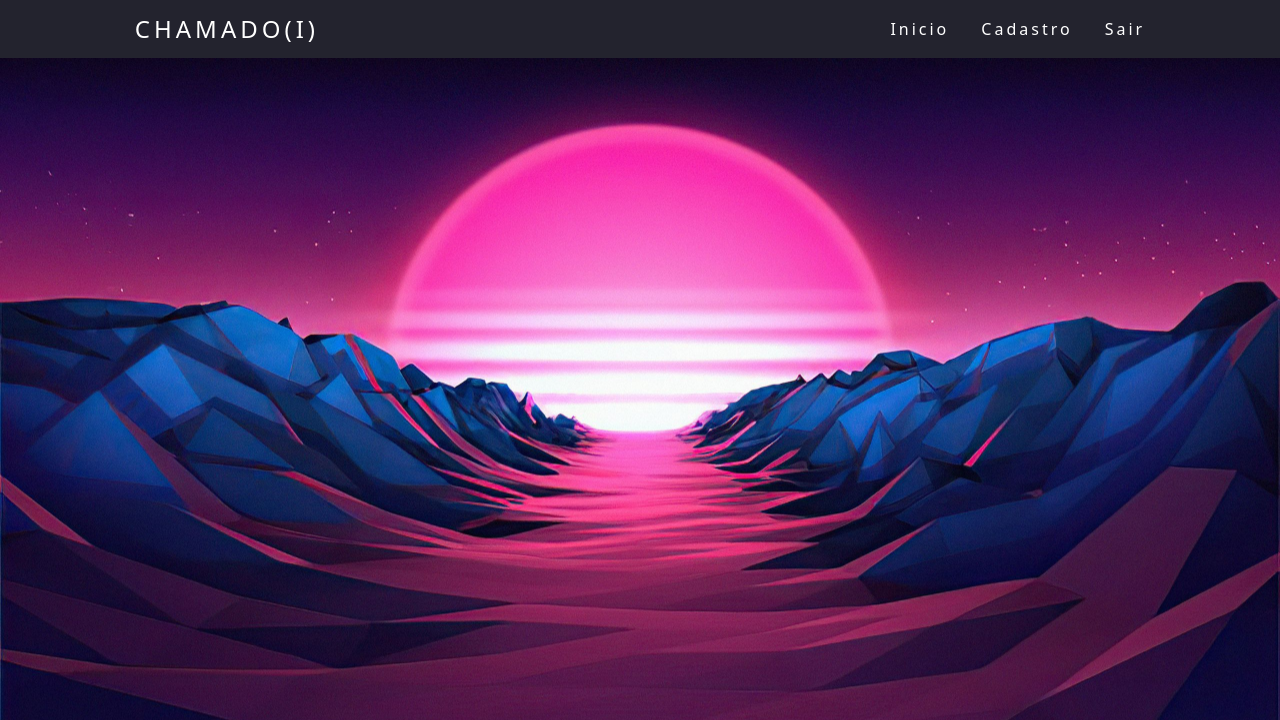
Repository: isaquemc2001/isaque-utilities
Page: index.html
An editor plug-in stored every save of this project. The page is shown before and after the next save, followed by the edit.
The browser window is 1280 px wide. The pictures show the whole page.

Above is the page before, as saved 2021-10-28 09:14:28.

After the next save:
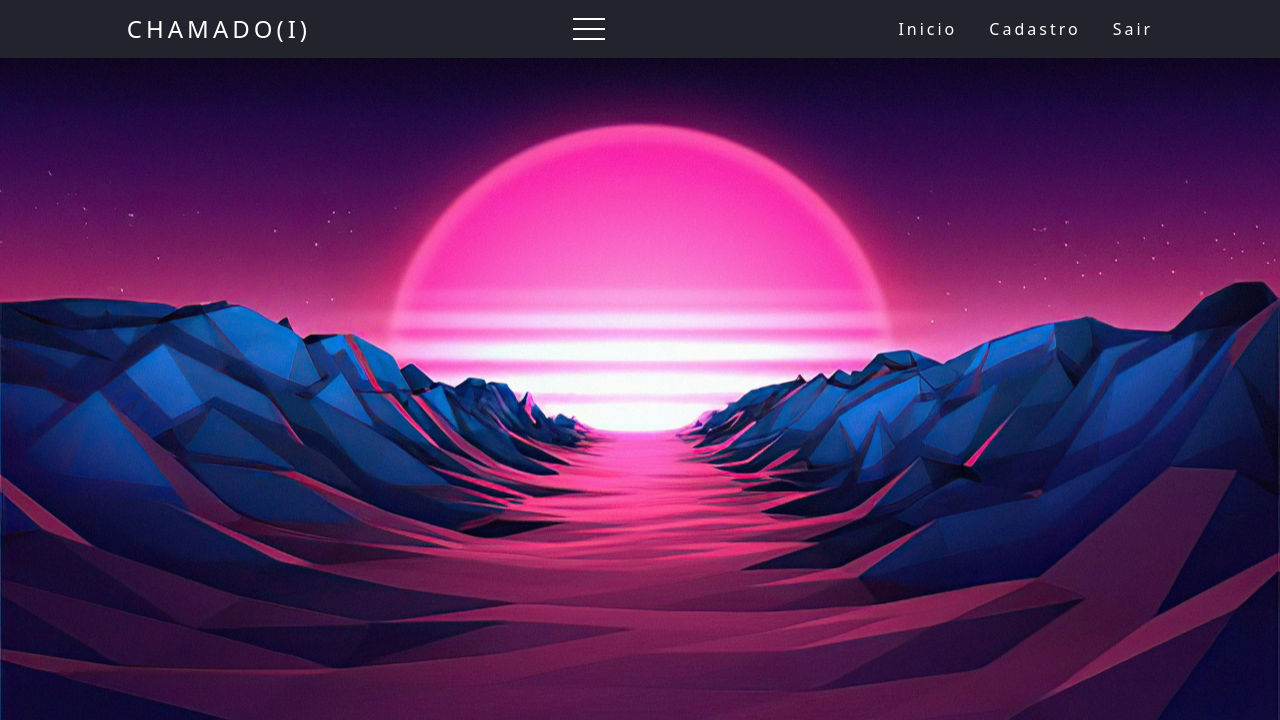
Saved 44 s later.
--- a/style.css
+++ b/style.css
@@ -45,5 +45,9 @@ main{
 }
 
 .mobile-menu div {
+    width: 32px;
+    height: 2px;
+    background: #fff;
+    margin: 8px;
 
 }
